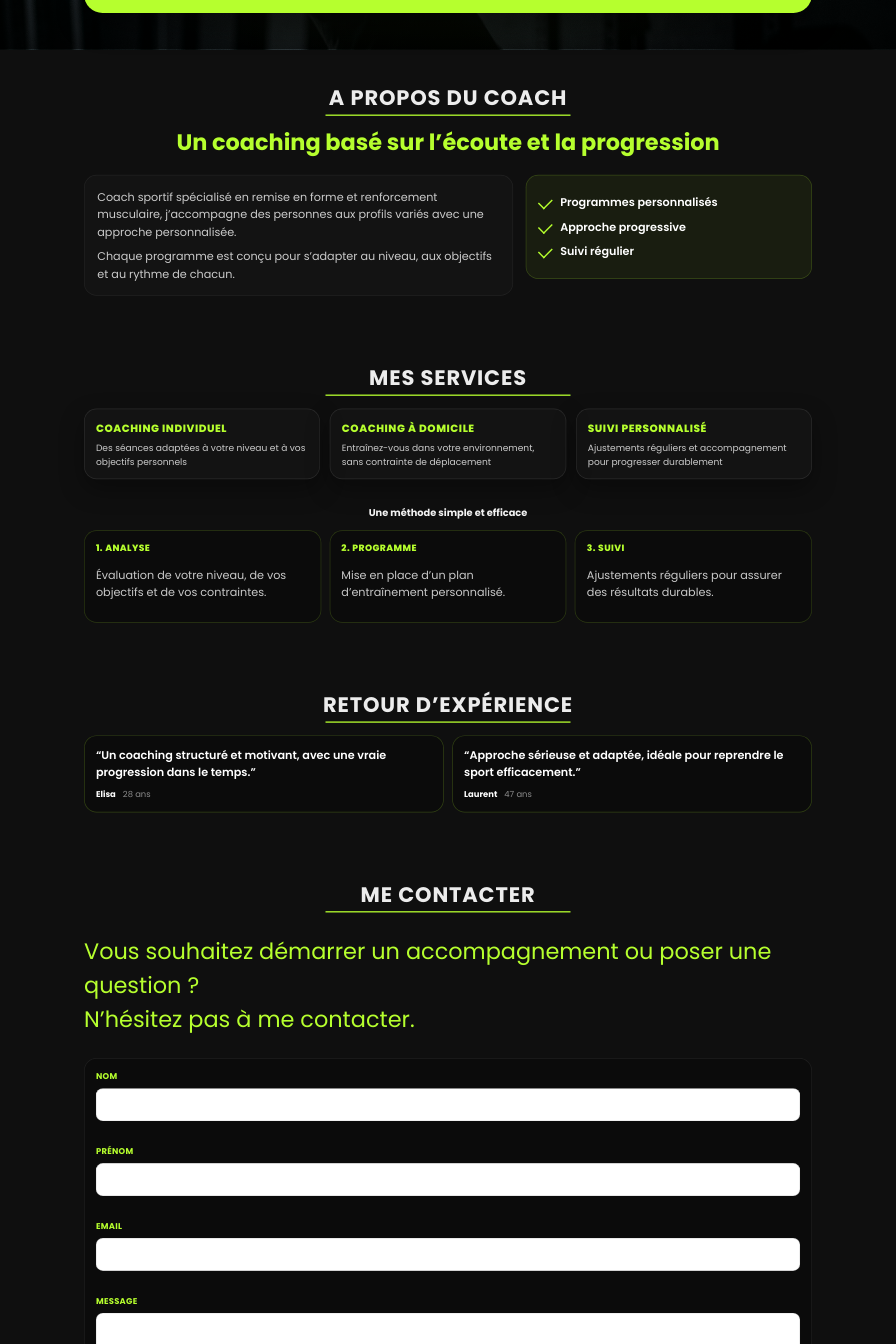
Repository: ThomasHdrd/CoachFitness
Page: index.html
The author's editor kept a copy of each file at every save. The page is drawn from the files as they stood at one save, then again after the next save.
The browser window is 1280 px wide. The pictures show the part of the page from y = 431 to 2351 px (the page is 3153 px tall before and 3302 px after), at 70% of full size.

Above is the page before, as saved 2026-01-20 22:07:05.

After the next save:
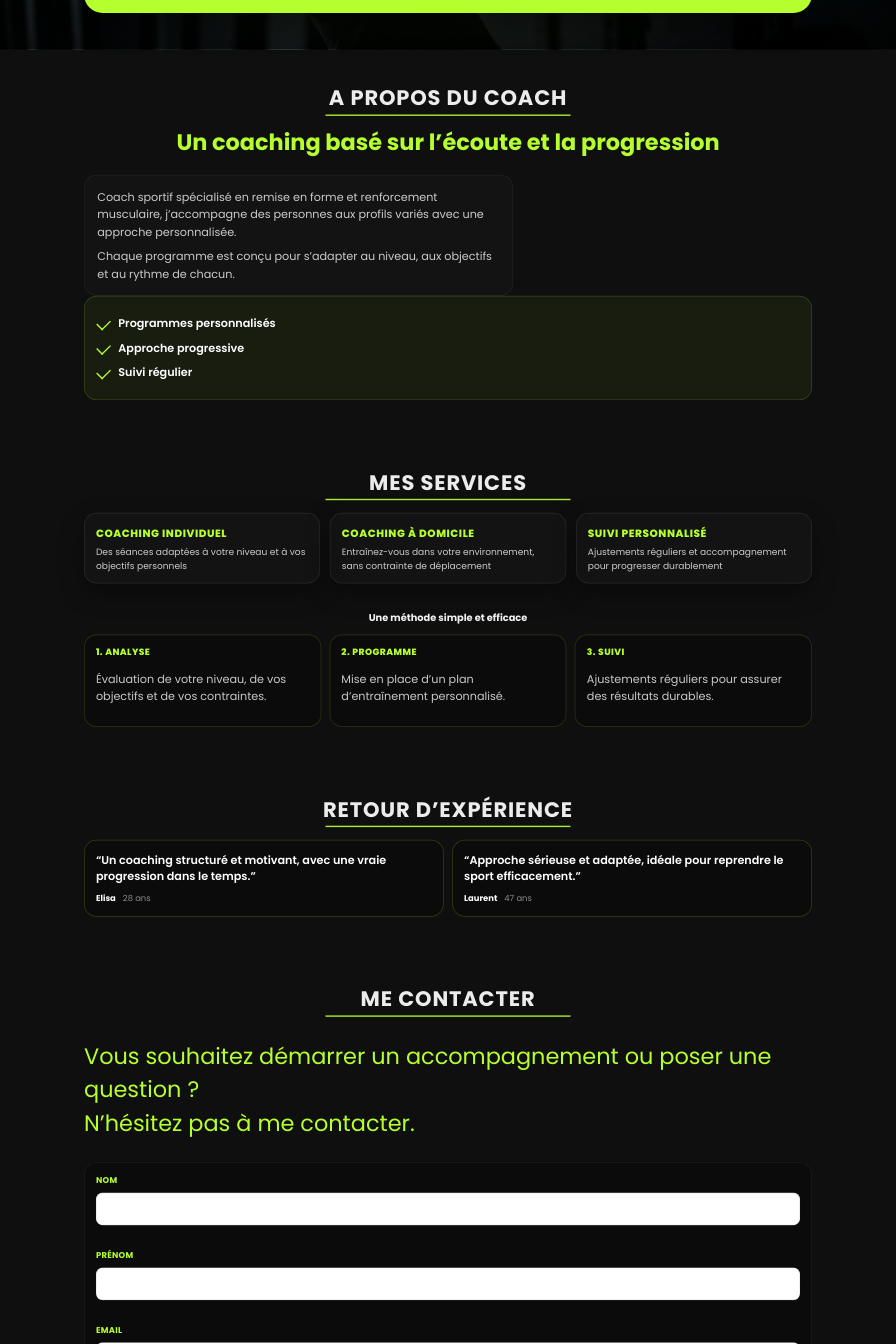
Saved 33 s later.
--- a/index.html
+++ b/index.html
@@ -66,6 +66,7 @@
               Chaque programme est conçu pour s’adapter au niveau, aux objectifs et au rythme de chacun.
             </p>
           </div>
+        </div>
 
           <ul class="checks">
             <li>Programmes personnalisés</li>
